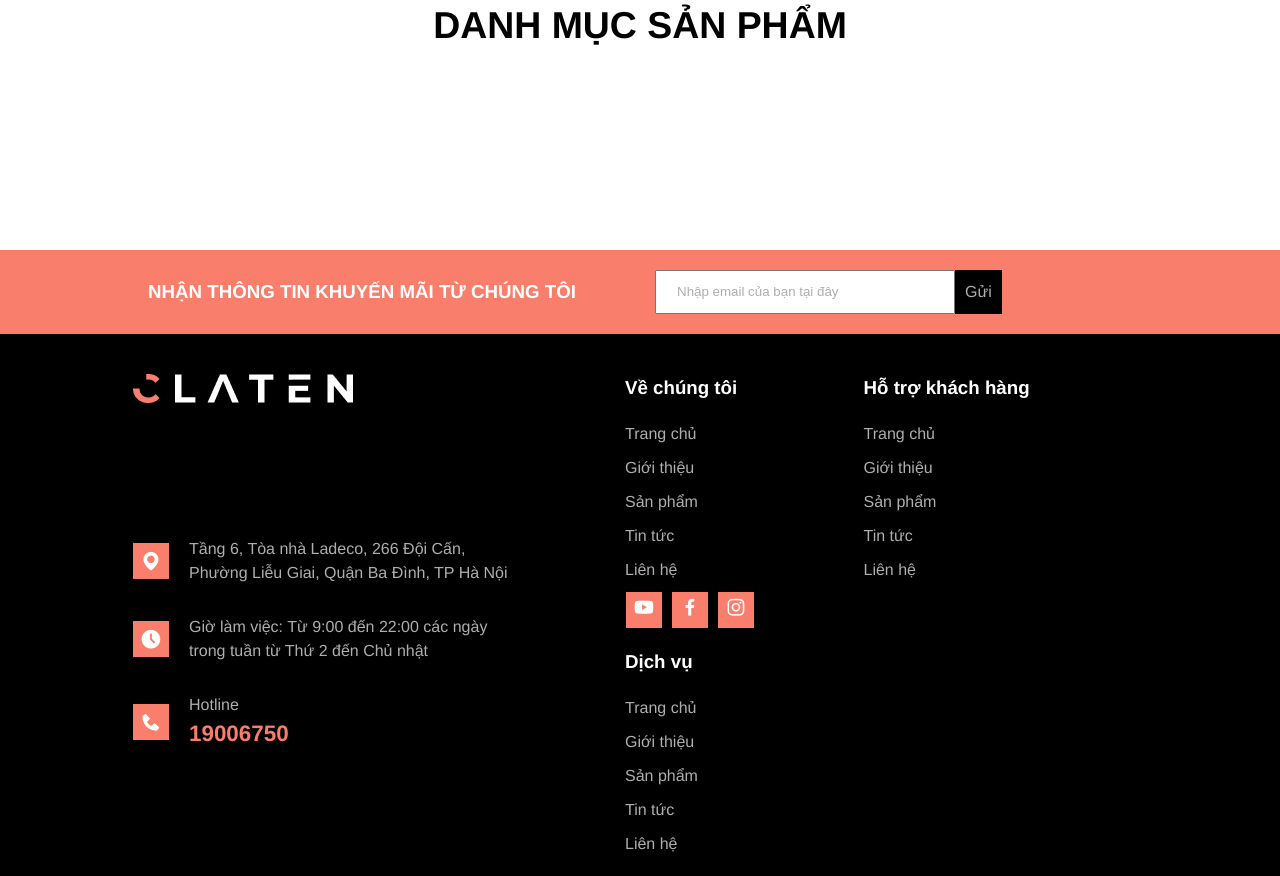
Repository: RennoPMXK/doan
Page: index.html
The author's editor kept a copy of each file at every save. The page is drawn from the files as they stood at one save, then again after the next save.
The browser window is 1280 px wide. The pictures show the part of the page from y = 966 to 1918 px (the page is 1842 px tall before and 2039 px after).

Above is the page before, as saved 2021-11-16 20:26:15.

### index.html
<!DOCTYPE html>
<html lang="en">
<head>
    <meta charset="UTF-8">
    <meta http-equiv="X-UA-Compatible" content="IE=edge">
    <meta name="viewport" content="width=device-width, initial-scale=1.0">
    <title>Document</title>
    <link rel="stylesheet" href="./grid.css">
    <link rel="stylesheet" href="./style.css">
    <link rel="stylesheet" href="./responsible.css">
    <link href='https://unpkg.com/boxicons@2.0.9/css/boxicons.min.css' rel='stylesheet'>
</head>
<body>
    <div class="navbar">
        <div class="navbar-wrapper">
            <a class="logo">
                <img src="./img/logo.png" alt="">
            </a>

            <div class="navbar-menu mobile-menu">
                <i class='bx bx-x mobile-close-icon'></i>
                <li class="navbar-menu-item"><a class = 'active' href="#">Trang chủ</a></li>
                <li class="navbar-menu-item"><a href="#">Giới thiệu</a></li>
                <li class="navbar-menu-item"><a href="#">Sản phẩm <i class='bx bxs-down-arrow navbar-menu-icon'></i></a>
                    <ul class="navbar-sub-menu">
                        <li class="navbar-sub-menu-item"><a href="">Đồng hồ nam</a></li>
                        <li class="navbar-sub-menu-item"><a href="">Đồng hồ nữ</a></li>
                        <li class="navbar-sub-menu-item"><a href="">Đồng hồ mới về</a></li>
                        <li class="navbar-sub-menu-item"><a href="">Phụ kiện nam</a></li>
                        <li class="navbar-sub-menu-item"><a href="">Phụ kiện nữ</a></li>
                    </ul>
                </li>
                <li class="navbar-menu-item"><a href="#">Tin tức</a></li>
                <li class="navbar-menu-item"><a href="#">Liên hệ</a></li>
            </div>

            <div class="navbar-icon">
                 <li class="navbar-icon-item"><a href=""><i class='bx bx-search-alt'></i></a></li>
                 <li class="navbar-icon-item"><a href=""><i class='bx bx-user'></i></a></li>
                 <li class="navbar-icon-item"><a href="#"><i class='bx bx-shopping-bag bx-tada ' ></i></a></li>
                 <li class="navbar-icon-item"><a href="#"><i class='bx bx-menu-alt-right menu-icon'></i></a></li>

            </div>
        </div>
        <div class="modal"></div>
    </div>

    <div class="hero-section">

             <div class="bgimg slide-item fade" style="background-image: url(./img/1a\(32\).jpg)">
                 <div class="caption">
                     <h2 class="top-down delay-2">
                        ĐỒNG HỒ ROLEX

                     </h2>

                     <p class="top-down delay-4">
                       Lorem ipsum dolor sit amet consectetur adipisicing elit. Aut eligendi voluptates enim tempora cupiditate ex minus aperiam impedit maxime nam. Sunt neque amet veniam vitae adipisci impedit aliquam officia hic.
                     </p>

                     <button class="top-down delay-6">
                         MUA NGAY
                     </button>
                 </div>

             </div>


             <div class="bgimg slide-item fade" style="background-image: url(./img/dong-ho-thoi-trang-rolex-banner.jpg)">
                <div class="caption">
                    <h2>
                        ĐỒNG HỒ ROLEX
                    </h2>

                    <p>
                        Lorem ipsum dolor sit amet consectetur adipisicing elit. Aut eligendi voluptates enim tempora cupiditate ex minus aperiam impedit maxime nam. Sunt neque amet veniam vitae adipisci impedit aliquam officia hic.
                    </p>

                    <button>
                        MUA NGAY
                    </button>
                </div>

             </div>


             <div class="bgimg slide-item fade" style="background-image: url(./img/Banchay_Longines_banner-1024x427.jpg)">
                <div class="caption">
                    <h2>
                        ĐỒNG HỒ ROLEX
                    </h2>

                    <p>
                        Lorem ipsum dolor sit amet consectetur adipisicing elit. Aut eligendi voluptates enim tempora cupiditate ex minus aperiam impedit maxime nam. Sunt neque amet veniam vitae adipisci impedit aliquam officia hic.
                    </p>

                    <button>
                        MUA NGAY
                    </button>
                </div>

             </div>


             <div class="slide-control">
                <div class="slide-control-wrapper">
                    <span class="dot" onclick="chooseSlide(0)"></span>
                    <span class="dot"  onclick="chooseSlide(1)"></span>
                    <span class="dot" onclick="chooseSlide(2)" ></span>

                </div>
             </div>

    </div>

    <div class="hero-section-mini ">
        <div class="container row">
            <div class="hero-section-mini-item col-3 col-md-6 col-sm-6">
                <img src="./img/icon_service_1.svg" alt="">
                 <h3>VẬN CHUYỂN TOÀN CẦU</h3>
                 <p>Chúng tôi miễn phí vận chuyển tất cả đơn hàng trị giá trên 2.000.000Đ</p>
            </div>

            <div class="hero-section-mini-item col-3 col-md-6 col-sm-6">
               <img src="./img/icon_service_2.svg" alt="">
                <h3>HỖ TRỢ ONLINE 24/24</h3>
                <p>Chúng tôi luôn hỗ trợ khách hàng 24/24 tất cả ngày trong tuần</p>
           </div>

           <div class="hero-section-mini-item col-3 col-md-6 col-sm-6">
               <img src="./img/icon_service_3.svg" alt="">
                <h3>MIỄN PHÍ ĐỔI TRẢ</h3>
                <p>Miễn phí đổi trả trong vòng 15 ngày đầu tiên áp dụng cho tất cả các mặt hàng</p>
           </div>

           <div class="hero-section-mini-item col-3 col-md-6 col-sm-6">
               <img src="./img/icon_service_4.svg" alt="">
                <h3>QUÀ TẶNG HẤP DẪN</h3>
                <p>Chương trình khuyến mãi cực lớn và hấp dẫn vào mỗi chủ nhật hàng tuần</p>
           </div>

        </div>
    </div>

    <section class="product-list">
        <div class="section-title">
            <h3>DANH MỤC SẢN PHẨM</h3>
            <div class="title-line"></div>
        </div>
    </section>

    <div class="footer">
        <div class="footer-contact">
            <div class="container">
                <div class= "footer-contact-content row">
                    <h3 class="col-6 col-md-6 col-sm-12">NHẬN THÔNG TIN KHUYẾN MÃI TỪ CHÚNG TÔI</h3>
                    <div class="form col-6 col-md-6 col-sm-12">
                        <input type="text" placeholder="Nhập email của bạn tại đây"><a href="">Gửi</a></input>

                    </div>

                </div>

            </div>

         </div>
        <div class="container">

            <div class="wrapper row ">
                <div class="footer-logo row col-5 col-md-6 col-sm-12">
                    <a class="footer-img">
                        <img src="./img/logo.png" alt="">
                    </a>

                    <ul class="footer-des">
                           <li class="footes-des-item">
                               <div class="footer-des-icon">
                                    <i class='bx bxs-map'></i>
                               </div>
                               <p>Tầng 6, Tòa nhà Ladeco, 266 Đội Cấn,<br> Phường Liễu Giai, Quận Ba Đình, TP Hà Nội</p>
                           </li>
                           <li class="footes-des-item">
                                <div class="footer-des-icon">
                                    <i class='bx bxs-time-five' ></i>
                                </div>
                               <p>Giờ làm việc: Từ 9:00 đến 22:00 các ngày <br>trong tuần từ Thứ 2 đến Chủ nhật</p>
                           </li>
                           <li class="footes-des-item">
                            <div class="footer-des-icon">
                                <i class='bx bxs-phone' ></i>
                             </div>
                               <p>Hotline<br>
                                   <span>19006750</span>
                               </p>
                           </li>
                    </ul>
                </div>

                <div class="footer-menu row col-7 col-md-6 col-sm-12">
                     <div class="footer-menu-item col-4 col-md-6 col-sm-12">
                         <h3>Về chúng tôi</h3>
                         <ul>
                            <li><a href="">Trang chủ</a></li>
                            <li><a href="">Giới thiệu</a></li>
                            <li><a href="">Sản phẩm</a></li>
                            <li><a href="">Tin tức</a></li>
                            <li><a href="">Liên hệ</a></li>
                         </ul>

                         <div class="footer-social">
                            <li><a href=""><i class='bx bxl-youtube' ></i></a></li>
                            <li><a href=""><i class='bx bxl-facebook' ></i></a></li>
                            <li><a href=""><i class='bx bxl-instagram' ></i></a></li>
                       </div>
                     </div>

                     <div class="footer-menu-item col-4 col-md-6 col-sm-12">
                        <h3>Hỗ trợ khách hàng</h3>
                        <ul>
                           <li><a href="">Trang chủ</a></li>
                           <li><a href="">Giới thiệu</a></li>
                           <li><a href="">Sản phẩm</a></li>
                           <li><a href="">Tin tức</a></li>
                           <li><a href="">Liên hệ</a></li>
                        </ul>
                    </div>

                    <div class="footer-menu-item col-4 col-md-6 col-sm-12">
                        <h3>Dịch vụ</h3>
                        <ul>
                           <li><a href="">Trang chủ</a></li>
                           <li><a href="">Giới thiệu</a></li>
                           <li><a href="">Sản phẩm</a></li>
                           <li><a href="">Tin tức</a></li>
                           <li><a href="">Liên hệ</a></li>
                        </ul>
                    </div>



                </div>


            </div>
        </div>
    </div>


    <script src="./app.js"></script>
</body>
</html>

### grid.css
.row {
    display: flex;
    flex-wrap: wrap;
    margin: 0 -15px;
}

[class*="col-"] {
    padding: 0 15px;
}

.col-1 {
    width: 8.33%;
}

.col-2 {
    width: 16.66%;
}

.col-3 {
    width: 25%;
}

.col-4 {
    width: 33.33%;
}

.col-5 {
    width: 41.66%;
}

.col-6 {
    width: 50%;
}

.col-7 {
    width: 58.33%;
}

.col-8 {
    width: 66.66%;
}

.col-9 {
    width: 75%;
}

.col-10 {
    width: 83.33%;
}

.col-11 {
    width: 91.66%;
}

.col-12 {
    width: 100%;
}

/* MEDIUM SCREEN */

@media only screen and (max-width: 1280px) {
    .col-md-1 {
        width: 8.33%;
    }

    .col-md-2 {
        width: 16.66%;
    }

    .col-md-3 {
        width: 25%;
    }

    .col-md-4 {
        width: 33.33%;
    }

    .col-md-5 {
        width: 41.66%;
    }

    .col-md-6 {
        width: 50%;
    }

    .col-md-7 {
        width: 58.33%;
    }

    .col-md-8 {
        width: 66.66%;
    }

    .col-md-9 {
        width: 75%;
    }

    .col-md-10 {
        width: 83.33%;
    }

    .col-md-11 {
        width: 91.66%;
    }

    .col-md-12 {
        width: 100%;
    }
}

/* SMALL SCREEN */

@media only screen and (max-width: 850px) {
    .col-sm-1 {
        width: 8.33%;
    }

    .col-sm-2 {
        width: 16.66%;
    }

    .col-sm-3 {
        width: 25%;
    }

    .col-sm-4 {
        width: 33.33%;
    }

    .col-sm-5 {
        width: 41.66%;
    }

    .col-sm-6 {
        width: 50%;
    }

    .col-sm-7 {
        width: 58.33%;
    }

    .col-sm-8 {
        width: 66.66%;
    }

    .col-sm-9 {
        width: 75%;
    }

    .col-sm-10 {
        width: 83.33%;
    }

    .col-sm-11 {
        width: 91.66%;
    }

    .col-sm-12 {
        width: 100%;
    }
}

### style.css
:root {
    --orangeprime : #F97E6C;
    --blackrgba : rgba(0, 0, 0, 0.945);
    --footer-color : #AEAEAE;
    --mini-hero-color : #f5f5f5;
}

html {
box-sizing: border-box;
}
*{
margin: 0;
padding: 0;
}
*,*:before,*:after {
box-sizing: border-box;
}
input,
textarea,
select,
button{
outline: none;
}
input{
line-height: normal;
}
label,
button{
cursor: pointer;
}
a {
text-decoration: none;

}
img {
display: block;

}

ul{
    list-style-type: none;
}

body {
    font-family: Montserrat,"Helvetica Neue",Helvetica;
}

span {
    color: var(--orangeprime);
    cursor: pointer;
    transition : all 0.3s linear;
    font-size: 1.4rem;
    font-weight: bold;
}

span:hover {
    color : white
}

li {
    list-style-type: none;
}

section {
    margin-top: 75px;
}

.container {
    margin : 0 auto;
    padding: 0 10%;
}
/* navbar */

.navbar {
    background-color: black;
    position: relative;

}

.navbar-wrapper {
   padding : 20px 0px;
   display: flex;
   align-items: center;
   justify-content: space-evenly;
}

.navbar-menu {
    display: flex;
    list-style-type: none;
}

.navbar-menu-icon {
    font-size: 0.5rem;
    transform: translateY(-2.5px);
    transition : 0.2s linear;
}

.navbar-menu-icon{
    transition: 0.2s ease-in-out;
}

.navbar-menu-icon.active {
    transform: rotate(-180deg);
}

.navbar-menu-item {
    position: relative;
}

.navbar-menu-item a.active {
    color: var(--orangeprime);
}

.navbar-menu-item ~ .navbar-menu-item {
    margin-left: 30px;
}

.navbar-menu-item a {
    color: white;
    font-size: 1rem;
    transition: 0.2s ease-in-out;
    letter-spacing: 1px;
}


.navbar-menu-item a:hover {
    color : var(--orangeprime);
}

.navbar-menu-item:nth-child(3) {
    position: relative;
}



.navbar-sub-menu{
    width: 150px;
    position: absolute;
    list-style-type: none;
    padding : 20px;
    background-color: var(--blackrgba);
    top: 30px;
    z-index: 100;
    display : none;
    transition: all 0.2s ease-in-out;
}


.navbar-menu-item:active .navbar-sub-menu {
    display : block;
    top: 30px;
}




.navbar-sub-menu-item {
   margin : 10px 0;
}

.navbar-sub-menu.active {
    display : block;
}

.navbar-sub-menu-item a {
    font-size: 0.8rem;
    letter-spacing: 1.2px;
}

.navbar-icon {
    display: flex;
    list-style-type: none;
}

.navbar-icon-item ~ .navbar-icon-item {
    margin-left: 25px;
}

.navbar-icon-item a {
    color : white;
    font-size: 1.5rem;
    transition: 0.2s ease-in-out;
}

.navbar-icon-item a:hover {
    color : var(--orangeprime);
}

.navbar-icon-item:last-child {
    display: none;
}

.mobile-close-icon {
    display: none;
}

/* section-hero */

.hero-section {
    position: relative;
    height: 70vh;
}


.bgimg {
    height: 100%;
    position: relative;
    background-position: center;
    background-repeat: no-repeat;
    background-size: cover;
    display: flex;
}

.bgimg::after {
    content : '\A';
    position : absolute;
    width: 100%;
    height : 100%;
    top: 0;
    left : 0;
    background-color: rgba(0, 0, 0, 0.8);
}

.caption {
    position: absolute;
    top: 48%;
    left: 25%;
    transform: translate(-50% , -50%) ;
    text-align: left;
    z-index: 10;
    width: 34.7%;
}

.caption h2 {
    line-height: 1.5;
    color: white;
    margin-bottom: 20px;
    text-transform: uppercase;
    font-size: 2.1rem;
    letter-spacing: 1.2px;
}

.caption p {
    text-align: left;
    color : white;
    font-size: 1.2rem;
    letter-spacing: 1.2px;
    line-height: 1.5;
}

.caption button {
    background-color: white;
    border: 1px solid  transparent;
    color : red;
    padding : 10px 40px;
    font-size: 16px;
    font-weight: bold;
    text-transform: uppercase;
    margin-top: 30px;
    transition : background-color 0.5s ease , color 0.5s ease , width 0.6s;
}

.caption button:hover {
    color : white;
    cursor: pointer;
    background-color:  red;
}

.caption button:focus {
    outline : none;
}

.dot {
    cursor: pointer;
    height: 10px;
    width: 10px;
    margin: 0 2px;
    background-color: white;
    border-radius: 5px;
    display: inline-block;
}

.dot:hover {
    background-color: red;
}

.dot.active {
    background-color: red;
    width: 30px;
}

.slide-control {
    position: absolute;
    left: 50%;
    transform : translateX(-50%);
    bottom: 20px;
    width: 10px;
    text-align: center;
}

.slide-control-wrapper{
    display: inline-flex;
}

.slide-item {
    display: none;
}


.top-down {
    transform: translateY(-50px);
    visibility: hidden;
    opacity: 0;
    transition: 0.5s ease-in-out ;
}

.delay-2 {
    transition-delay: 0.2s;
}

.delay-4 {
    transition-delay: 0.4s;
}


.delay-6 {
    transition-delay: 0.6s;
}


.delay-8 {
    transition-delay: 0.8s;
}

.slide-item.active .top-down{
    transform: translateY(0);
    visibility: visible;
    opacity: 1;
}

/* mini hero section */

.hero-section-mini{
   background-color: var(--mini-hero-color);
}

.hero-section-mini-item {
    display: flex;
    padding : 20px 30px;
    gap: 10px;
    flex-direction:column;
    align-items: center;
    text-align: center;
}

.hero-section-mini-item img {
    margin-bottom: 20px;
    transition: 0.3s linear;
}

.hero-section-mini-item:hover img {
    transform: translateY(-10px);
}

.hero-section-mini-item h3 {
   font-size: 0.9rem;
   letter-spacing: 1.2px;
}

.hero-section-mini-item p {
   font-size: 0.8rem;
   line-height: 1.2;
}

/* product-list */

.product-list {

}

.section-title {
  font-size: 2rem;
  text-align:center;
}

.title-line{
    width: 3px;
    height: 3px;
    color: red;
}


/* footer */
.footer {
    color: var(--footer-color);
    margin-top: 200px;
    background-color: black;
    line-height: 1.5;
}

.footer-contact {
    background-color: var(--orangeprime);


}

.footer-contact h3 {
  color :white;
}

.footer-contact-content {
    padding : 20px;
    display: flex;
    justify-content: space-around;
    align-items: center;
    flex-wrap: wrap;
}

.form input {
    padding: 10px 20px;
    width: 300px;
}

.form a {
    padding: 10px;
    background-color: black;
    color : white;
}

.form {
    display: flex;
    flex-wrap: nowrap;
}

::placeholder {
    color: var(--footer-color);
}

.footer a {
    color: var(--footer-color);
    transition : 0.3s linear;
}

.footer a:hover {
    color: var(--orangeprime);
}

.footer-menu h3 {
    margin-top: 20px;
    color : white;
    margin-bottom: 20px;
}

.wrapper {
    padding: 20px;
    position: relative;
}


.footes-des-item {
    margin-top: 30px;
    display : flex;
    align-items: center;
}

.footer-des-icon {
    display : flex;
    align-items: center;
    justify-content:center;
    width: 36px;
    height : 36px;
    background-color: var(--orangeprime);
    margin-right: 20px;
}

.footer-des-icon i {
    font-size: 1.4rem;
    color : white;

}


.footer-menu-item li {
    margin-top: 10px;
}

.footer-social {
    display : flex;
    transform: translateX(-9px);
}

.footer-img{
    margin-top: 20px;
}

.footer-social li  {
    display : flex;
    align-items: center;
    justify-content:center;
    text-align: center;
    margin-left: 10px;
    width: 36px;
    height : 36px;
    background-color: var(--orangeprime);
}

.footer-social li a {
   color : white;
   font-size: 1.4rem;
}

.footer-social li:hover a {
    color : white;
 }

 /* fade animation */

 .fade {
     animation-name: fade;
     animation-duration: 1s;
     -webkit-animation-name: fade;
     -webkit-animation-duration: 1s;
 }

 @keyframes fade {
     from { opacity: 0.4
    } to {
        opacity: 1
    }
 }

 @-webkit-keyframes fade {
    from { opacity: 0.4
   } to {
       opacity: 1
   }
}

Loaded but not shown: app.js (101 lines, source omitted); responsible.css (118 lines, source omitted)

After the next save:
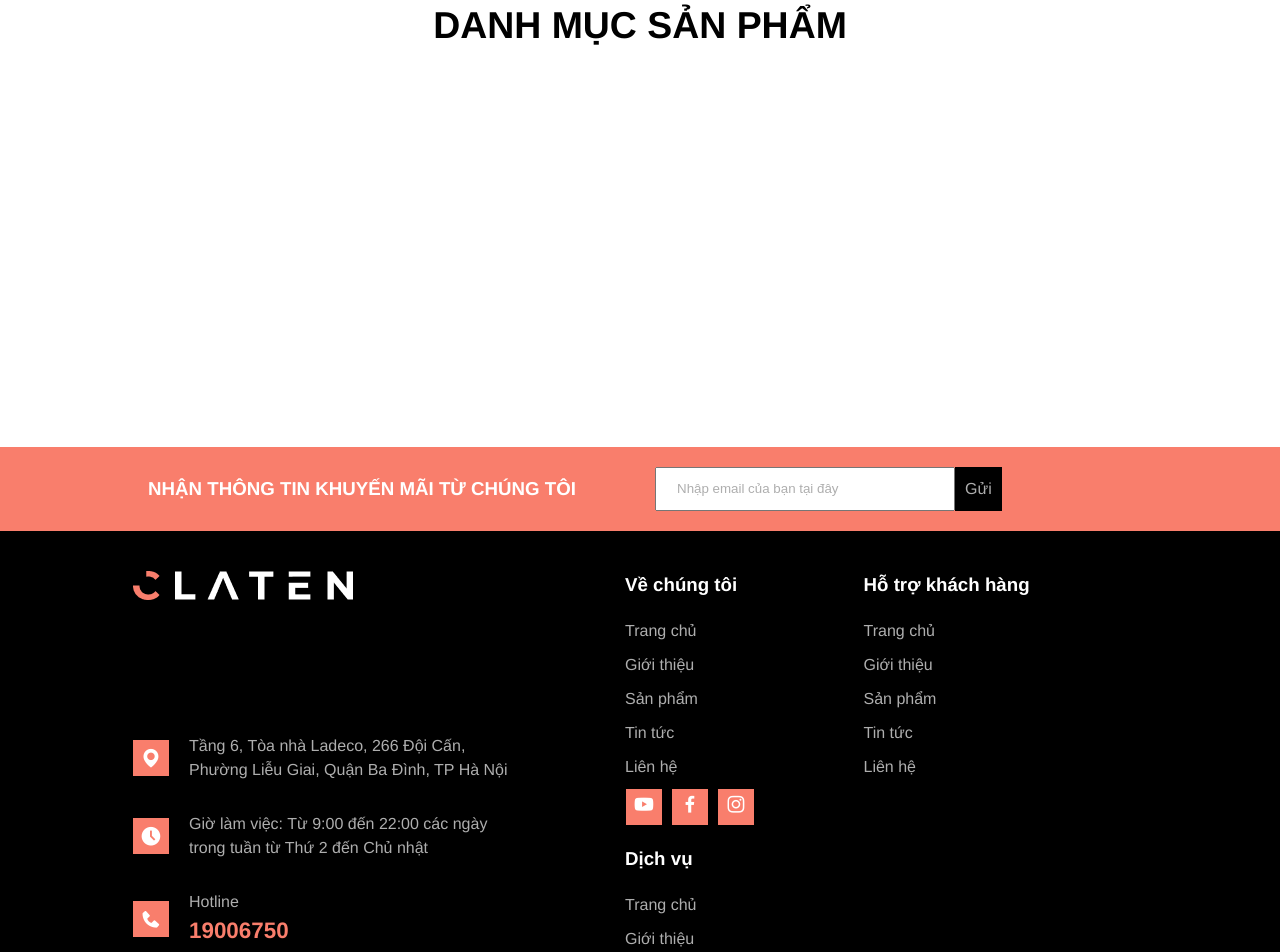
Saved 68 s later.
--- a/style.css
+++ b/style.css
@@ -384,8 +384,9 @@
 }
 
 .title-line{
+
     width: 3px;
-    height: 3px;
+    height: 200px;
     color: red;
 }
 

After the save that followed:
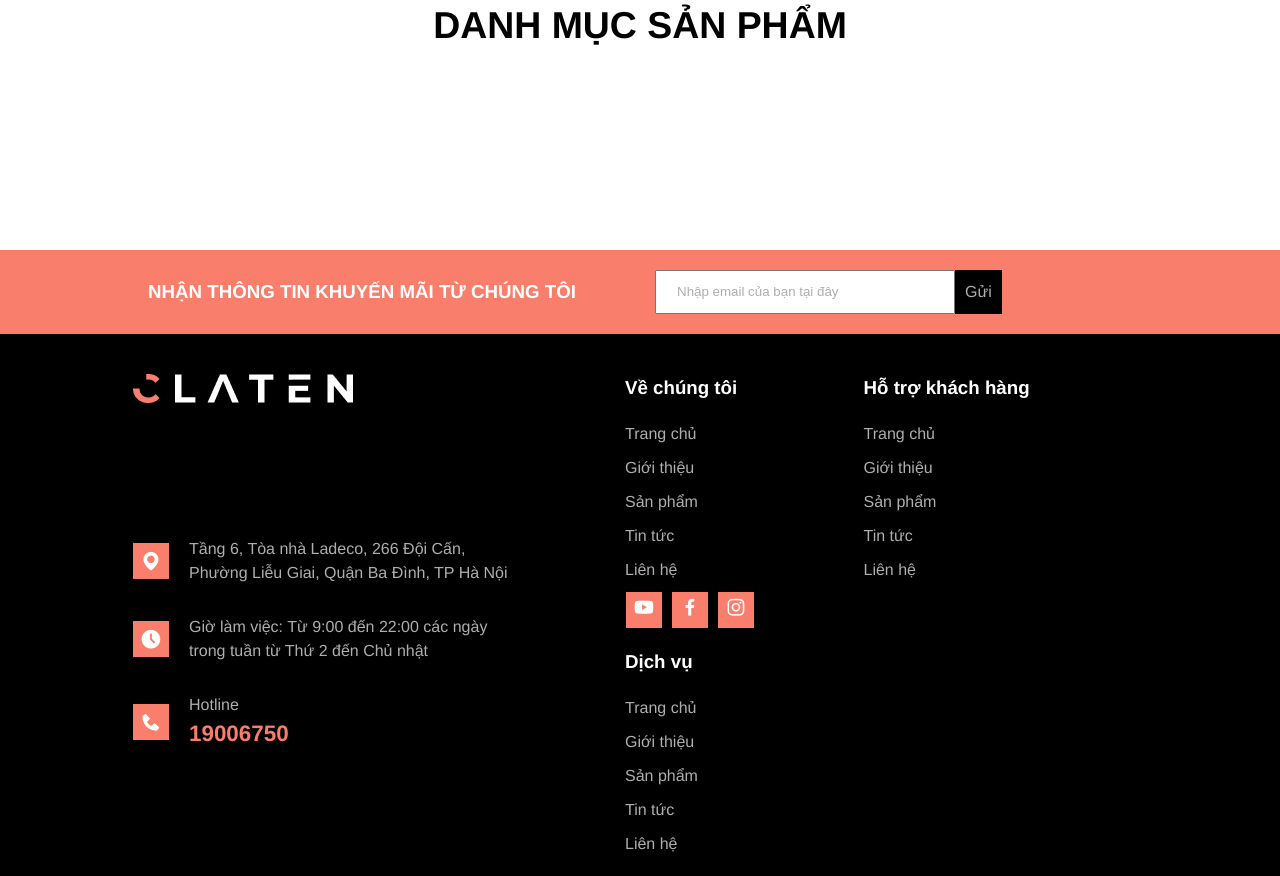
Saved 42 s later.
--- a/style.css
+++ b/style.css
@@ -384,9 +384,9 @@
 }
 
 .title-line{
-
+    text-align: center;
     width: 3px;
-    height: 200px;
+    height: 3px;
     color: red;
 }
 
